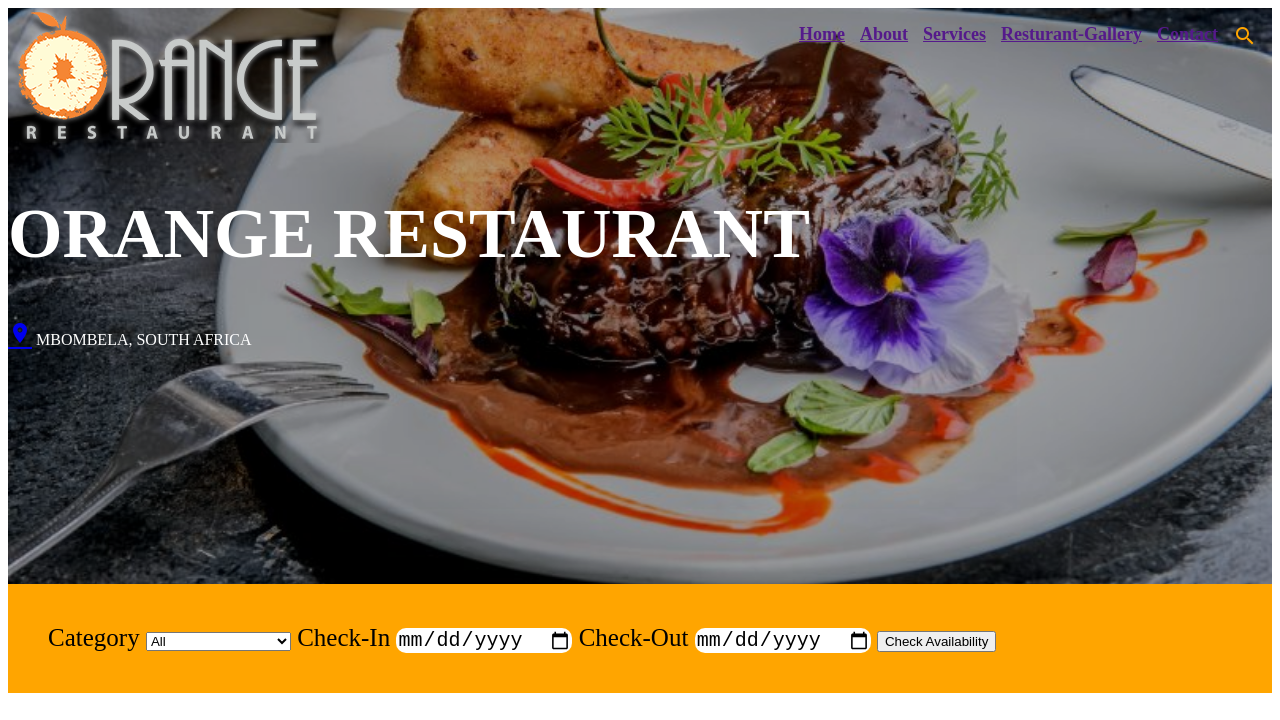
Repository: KaraboM20/KaraboUpdatedProjectOrang-Rest
Page: index.html
The author's editor kept a copy of each file at every save. The page is drawn from the files as they stood at one save, then again after the next save.
The browser window is 1280 px wide. The pictures show the whole page.

Above is the page before, as saved 2024-11-21 16:02:37.

### index.html
<!DOCTYPE html>
<html lang="en">
<head>
    <meta charset="UTF-8">
    <meta name="viewport" content="width=device-width, initial-scale=1.0">
    <link href="https://fonts.googleapis.com/icon?family=Material+Icons" rel="stylesheet">
    <link rel="stylesheet" href="./style.css">
    <title>Orange Resturant</title>
</head>
<body>
    <header>
        <div class="upper-section">

            <div class="overlay">
                <div class="navbar">
                    <div class="logo">
                       <img src="./assets/Orange-Logo.png" alt="">
                    </div>
                    <div class="nav-info">
                       <ul>
                        <li><a href="">Home</a></li>
                        <li><a href="">About</a></li>
                        <li><a href="">Services</a></li>
                        <li><a href="">Resturant-Gallery</a></li>
                        <li><a href="">Contact</a></li>
                           <li><span class="material-icons">search</span></li>
                       </ul>
                    </div>
                   </div>

                   <div class="banner-wrap">
                    <div class="name">
                       <h1>ORANGE RESTAURANT</h1>
                    </div>

                       <div class="icon-div"><span class="icon">
                           <span class="material-icons"><a href="https://www.google.com/maps/dir//4+Du+Preez+St,+Mbombela,+1200/@-25.4780157,30.9067737,12z/data=!4m8!4m7!1m0!1m5!1m1!1s0x1ee849f51301d8b7:0xb337d404eb7d9758!2m2!1d30.9891752!2d-25.4780387?entry=ttu&g_ep=EgoyMDI0MTExOC4wIKXMDSoASAFQAw%3D%3D" target="_blank">location_on</a> </span>
                           MBOMBELA, SOUTH AFRICA
                       </span>
                    </div>

                   </div>

            </div>

        <div class="navbar">
         <div class="logo">
            <img src="./assets/Orange-Logo.png" alt="">
         </div>
         <div class="nav-info">
            <ul>
                <li><a href="">Home</a></li>
                <li><a href="">About</a></li>
                <li><a href="">Services</a></li>
                <li><a href="">Resturant-Gallery</a></li>
                <li><a href="">Contact</a></li>
                <li><span class="material-icons">search</span> </li>
            </ul>
         </div>
        </div>

        <div class="banner-wrap">
            <div class="name"><h1>ORANGE RESTAURANT</h1></div>
            <div class="icon-div">
            <span class="icon">
                <span class="material-icons"><a href="https://www.google.com/maps/dir//4+Du+Preez+St,+Mbombela,+1200/@-25.4780157,30.9067737,12z/data=!4m8!4m7!1m0!1m5!1m1!1s0x1ee849f51301d8b7:0xb337d404eb7d9758!2m2!1d30.9891752!2d-25.4780387?entry=ttu&g_ep=EgoyMDI0MTExOC4wIKXMDSoASAFQAw%3D%3D" target="_blank">location_on</a> </span>
                MBOMBELA, SOUTH AFRICA
            </span>
            </div>

        </div>

        </div>


    </header>

    <section>
        <form class="check-availability">

            <label for="name">Category</label>
            <select name="category" id="category">
                <option value="all">All</option>
                <option value="Wedding and Events">Wedding and Events</option>
                <option value="Conferencing">Conferencing</option>
                <option value="The Mandarin Room">The Mandarin Room</option>
            </select>
            <label for="name">Check-In</label>
            <input type="date">

            <label for="name">Check-Out</label>
            <input type="date">

            <button>Check Availability</button>
        </form>

    </section>
</body>
</html>

### style.css


.upper-section {
    background-image: url(./assets/food-image.jpg);
    background-size: cover;
    background-position: center;
    height: 80vh;
    position: relative;

}

.overlay {
    z-index: 1;
    height: 100%;
    width: 100%;
    background: black;
    position: absolute;
    top: 0;
    opacity: 30%;
}

.navbar {
    display: flex;
    justify-content: space-between;
}

.nav-info ul {
    list-style: none;
    color: orange;
    display: flex;
    cursor: pointer;

}

.nav-info li {
    margin-right: 15px;
    font-size: 18px;
    font-weight: bold;
    text-decoration: none;
    color: orange;
}

.nav-info li:hover {
    color: blueviolet;
    background-color: aqua;
}

.name {
    align-items: center;
    justify-content: center;
}

h1 {
    color: white;
    font-size: 70px;

}

.icon-div {
    text-decoration:none;
    color: white;

}

.check-availability {
   background-color: orange;
   padding: 40px;
   border: none;
   font-size: 25px;

}

.check-availability input {
    font-size: 20px;
    border: none;
    border-radius: 10px;
}

After the next save:
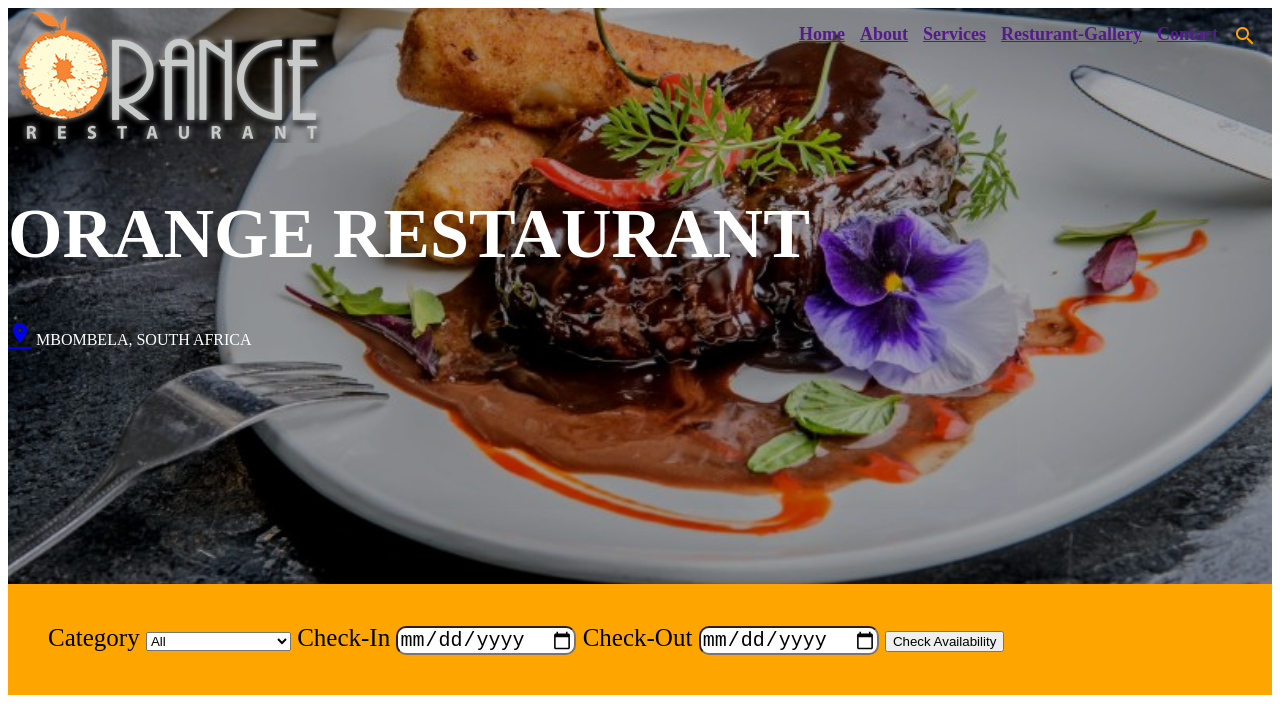
Saved 20 s later.
--- a/style.css
+++ b/style.css
@@ -72,6 +72,6 @@ h1 {
 
 .check-availability input {
     font-size: 20px;
-    border: none;
+
     border-radius: 10px;
 }
